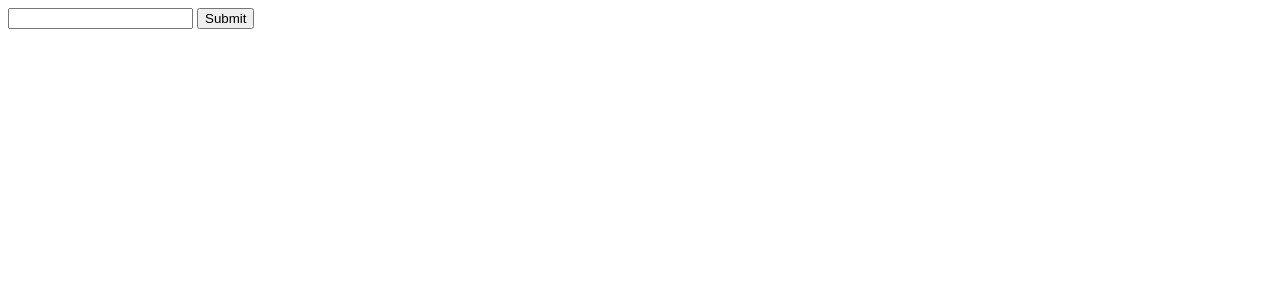
Repository: abhinavk718/servlet-project
Page: myfirstwebapp/WebContent/form.html
The author's editor kept a copy of each file at every save. The page is drawn from the files as they stood at one save, then again after the next save.
The browser window is 1280 px wide. The pictures show the whole page.

Above is the page before, as saved 2019-11-13 06:57:03.

### myfirstwebapp/WebContent/form.html
<!DOCTYPE html>
<html>
<head>
<meta charset="ISO-8859-1">
<title>Insert title here</title>
</head>
<body>
<form action="./form">
<input name="empname" type="text">
<input type="submit">
</form>
</body>
</html>

After the next save:
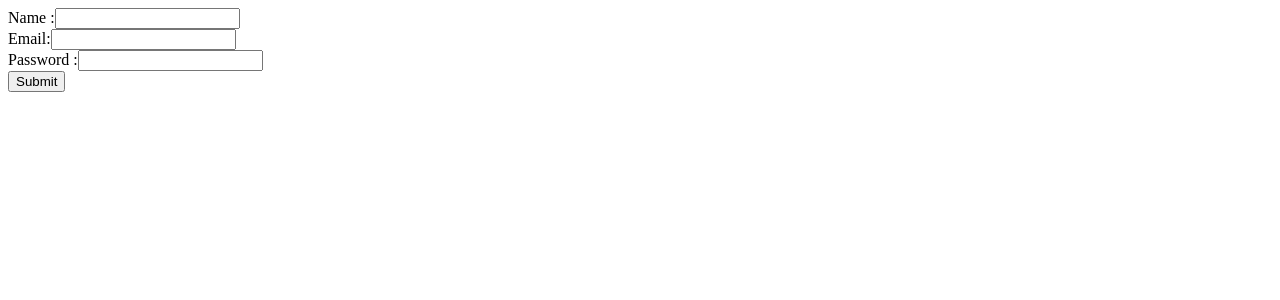
Saved 17 min 33 s later.
--- a/myfirstwebapp/WebContent/form.html
+++ b/myfirstwebapp/WebContent/form.html
@@ -5,8 +5,10 @@
 <title>Insert title here</title>
 </head>
 <body>
-<form action="./form">
-<input name="empname" type="text">
+<form action="./form" method="post">
+Name :<input name="empname" type="text"> <br>
+Email:<input name="email" type="email"><br>
+Password :<input name="password" type="password"><br>
 <input type="submit">
 </form>
 </body>
